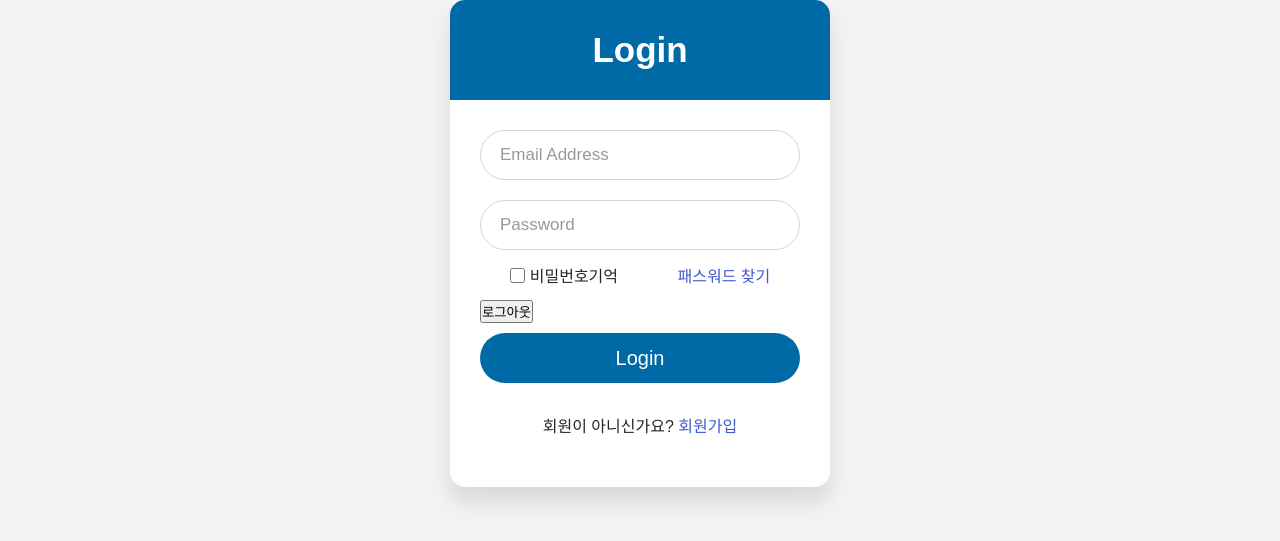
Repository: 99comcom/jsp-
Page: http://localhost/shop/user/login.jsp
These files come from the project's save history. The page is drawn as it stood at one moment and after the next save; the edit follows.
The browser window is 1280 px wide. The pictures show the whole page.
The page is served by Tomcat 9.

Above is the page before, as saved 2022-08-22 01:11:15.
Console error: ReferenceError: $ is not defined

After the next save:
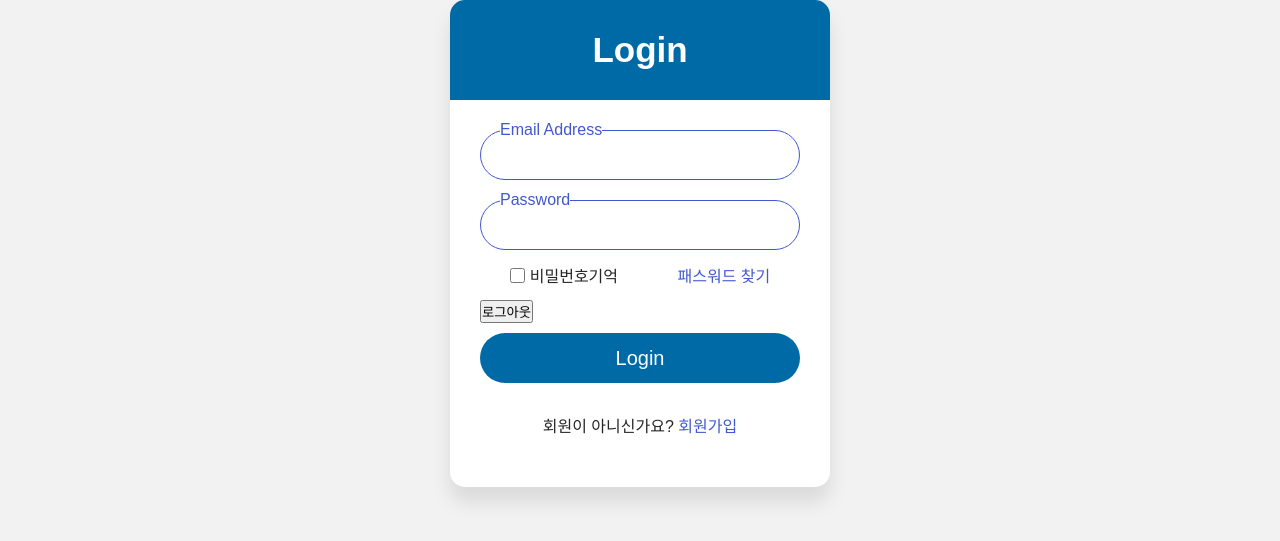
Saved 34 s later.
--- a/shop/src/main/webapp/user/login.jsp
+++ b/shop/src/main/webapp/user/login.jsp
@@ -12,11 +12,11 @@
       <div class="title1">Login</div>
       <form action="frm">
         <div class="field">
-          <input type="text" name="uid" required>
+          <input type="text" name="uid" >
           <label>Email Address</label>
         </div>
         <div class="field">
-          <input type="password" name="pass" required>
+          <input type="password" name="pass" >
           <label>Password</label>
         </div>
         <div class="content">
